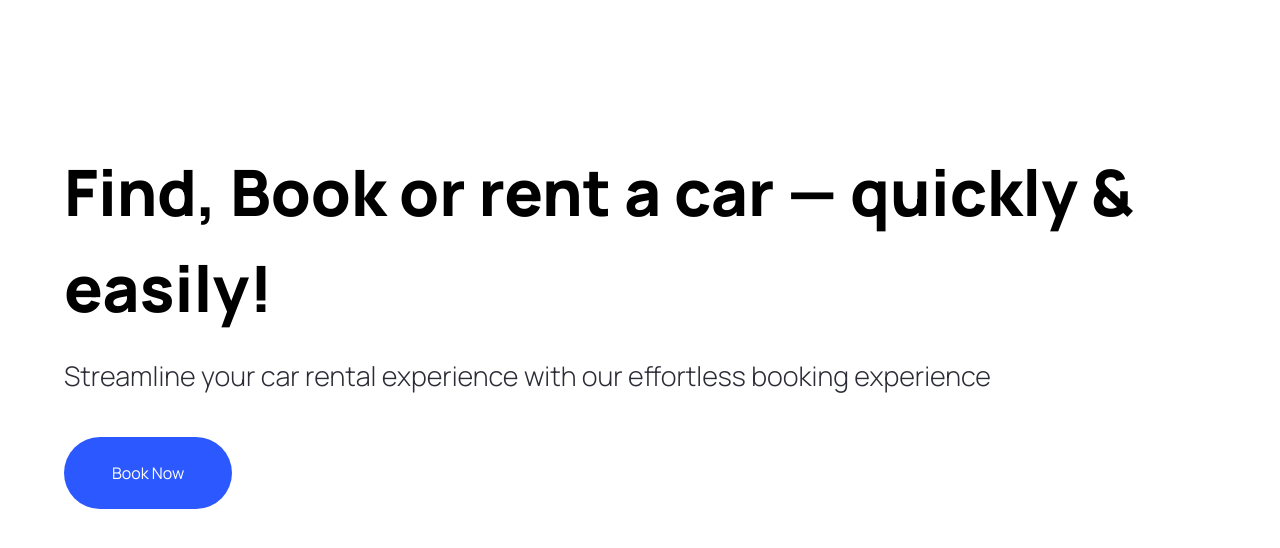
Repository: MikeeBuilds/driver
Page: /
An editor plug-in stored every save of this project. The page is shown before and after the next save, followed by the edit.
The browser window is 1280 px wide. The pictures show the whole page.
The project was rebuilt for these pictures with package versions that can differ from the ones it lists, and the page was loaded fresh each time. The framework's server and built-in components were replaced by stand-ins that run in the browser. Also part of the build but not shown: next.config.js.

Above is the page before, as saved 2023-06-21 22:05:09.

### app/page.tsx
import Hero from '@/components/Hero'
import Image from 'next/image'

export default function Home() {
  return (
    <main className="overflow-hidden">
      <Hero />
    </main>
  )
}

### components/Hero.tsx
'use client'

import Image from 'next/image'
import CustomButton from './CustomButton'



const Hero = () => {
    const handleScroll = () => {
    }

  return (
    <div className='hero'>
        <div className='flex-1 pt-36 padding-x'>
            <h1 className='hero__title'>
                Find, Book or rent a car — quickly & easily!
            </h1>

            <p className='hero__subtitle'>
                Streamline your car rental experience
                with our effortless booking experience
            </p>

            <CustomButton
                title=" Explore Cars"
                containerStyles="bg-primary-blue text-white rounded-full mt-10"
                handleClick={handleScroll}
            />
        </div>
    </div>
  )
}

export default Hero

### components/CustomButton.tsx
'use client'

import { CustomButtonProps } from "@/types"
import Image from "next/image"

const CustomButton = ({ title, containerStyles, handleClick }: CustomButtonProps) => {
  return (
        <button
            disabled={true}
            type={"button"}
            className={`custom-btn ${containerStyles}`}
            onClick={() => {}}
        >
            <span className={`custom-btn`}>
                Book Now
            </span>
        </button>
  )
}

export default CustomButton

Loaded but not shown: app/layout.tsx (common file); app/globals.css (common file); tailwind.config.js (common file)

After the next save:
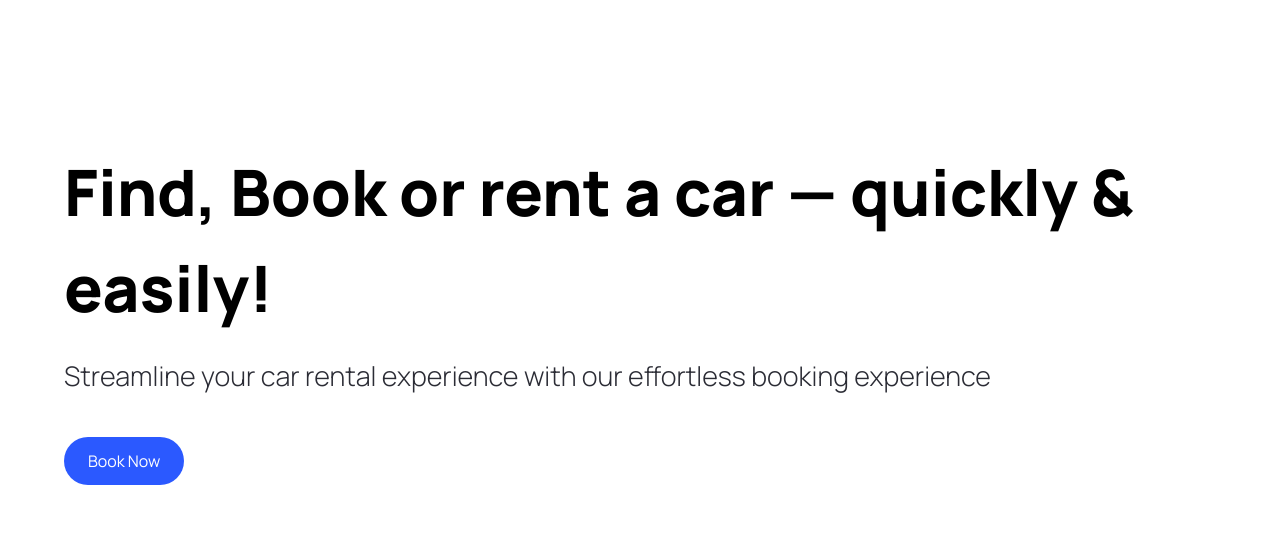
Saved 21 s later.
--- a/components/CustomButton.tsx
+++ b/components/CustomButton.tsx
@@ -11,7 +11,7 @@ const CustomButton = ({ title, containerStyles, handleClick }: CustomButtonProps
             className={`custom-btn ${containerStyles}`}
             onClick={() => {}}
         >
-            <span className={`custom-btn`}>
+            <span className={`flex-1`}>
                 Book Now
             </span>
         </button>
